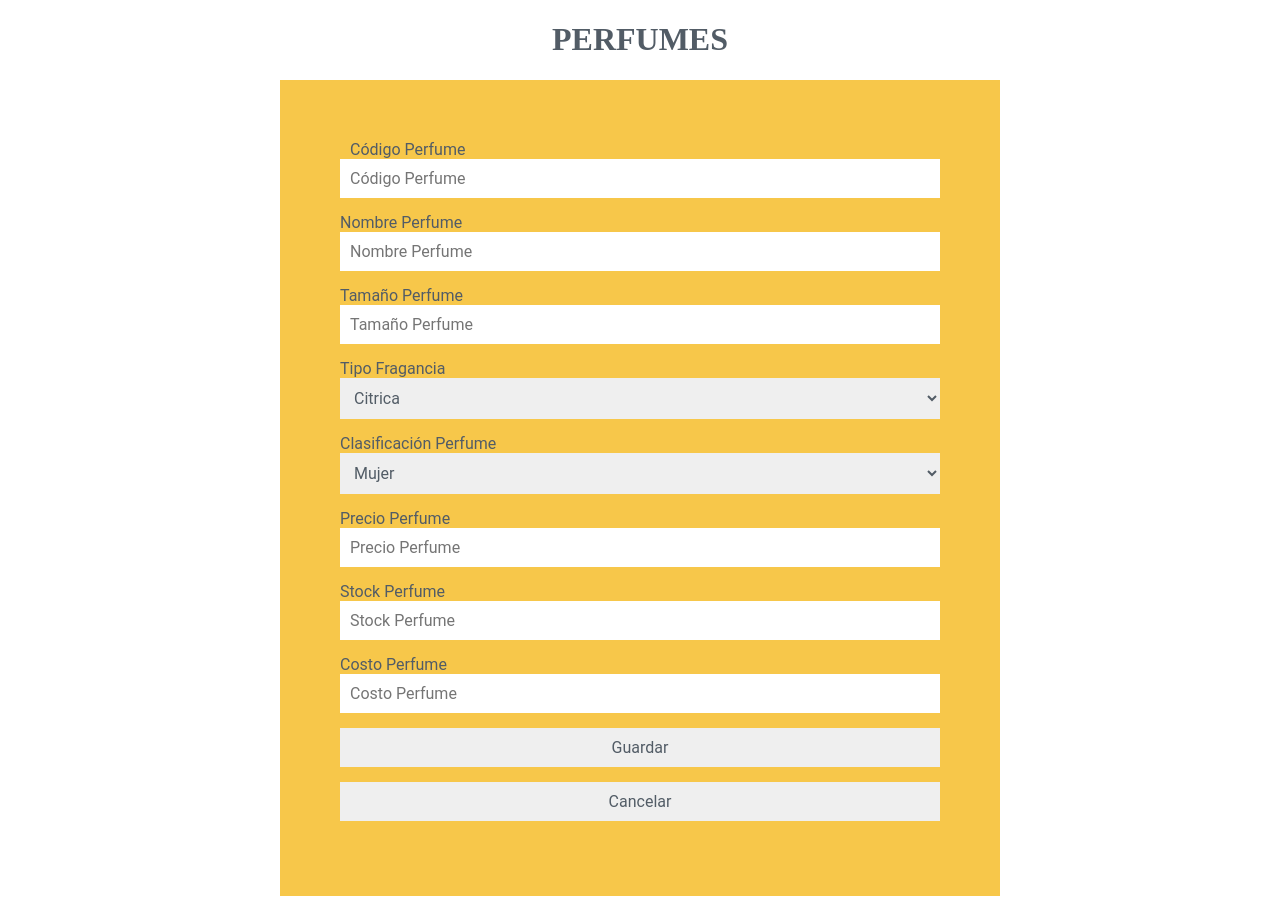
Repository: alejamorenovallejo/arosmile
Page: perfume.html
An editor plug-in stored every save of this project. The page is shown before and after the next save, followed by the edit.
The browser window is 1280 px wide. The pictures show the whole page.

Above is the page before, as saved 2021-09-12 02:26:23.
Not found: main.js

After the next save:
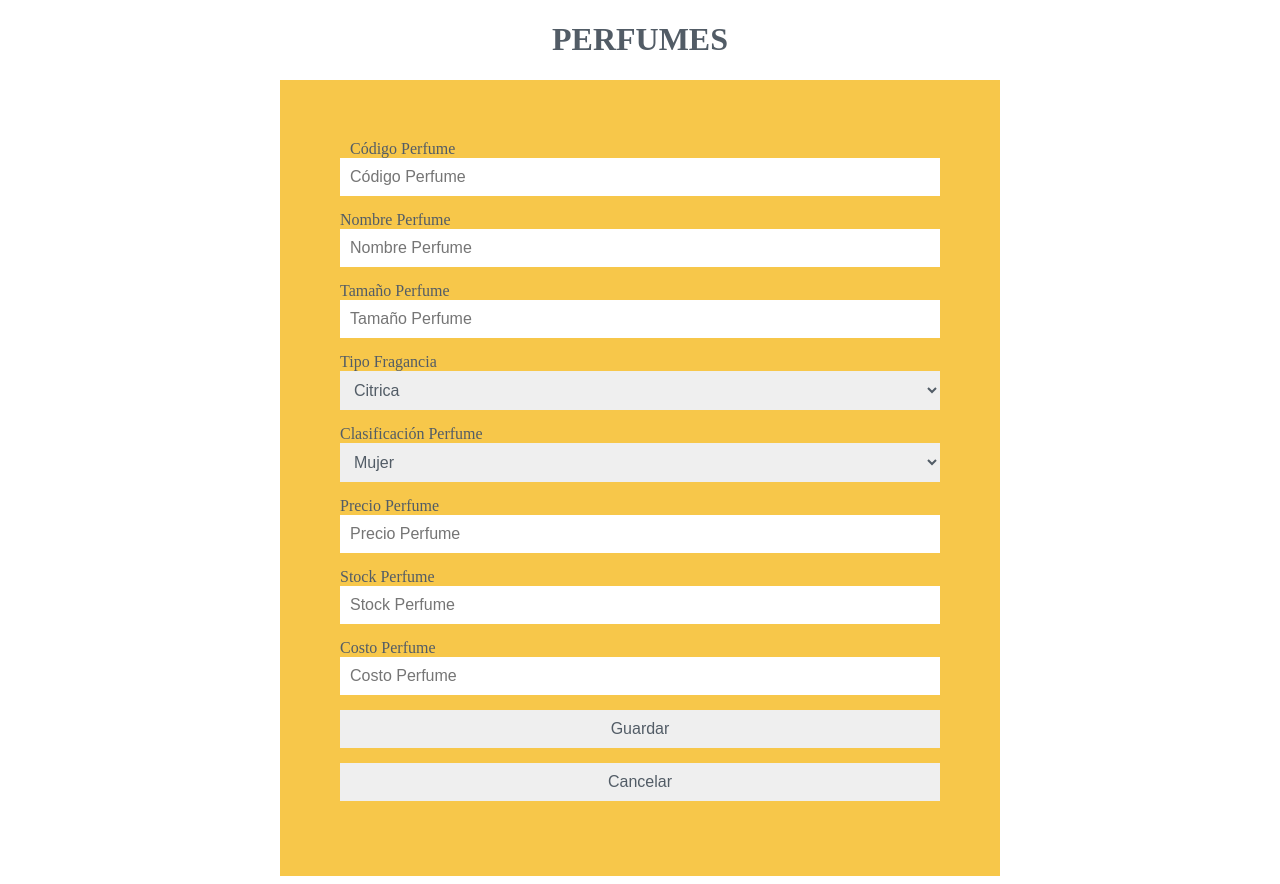
Saved 7 s later.
--- a/css/style.css
+++ b/css/style.css
@@ -6,7 +6,6 @@ form {
 }
 form input, form select,form label{
     margin-bottom: 15px;
-    font-family: "Roboto", sans-serif;
     width: 100%;
     padding: 10px;
     box-sizing: border-box;
